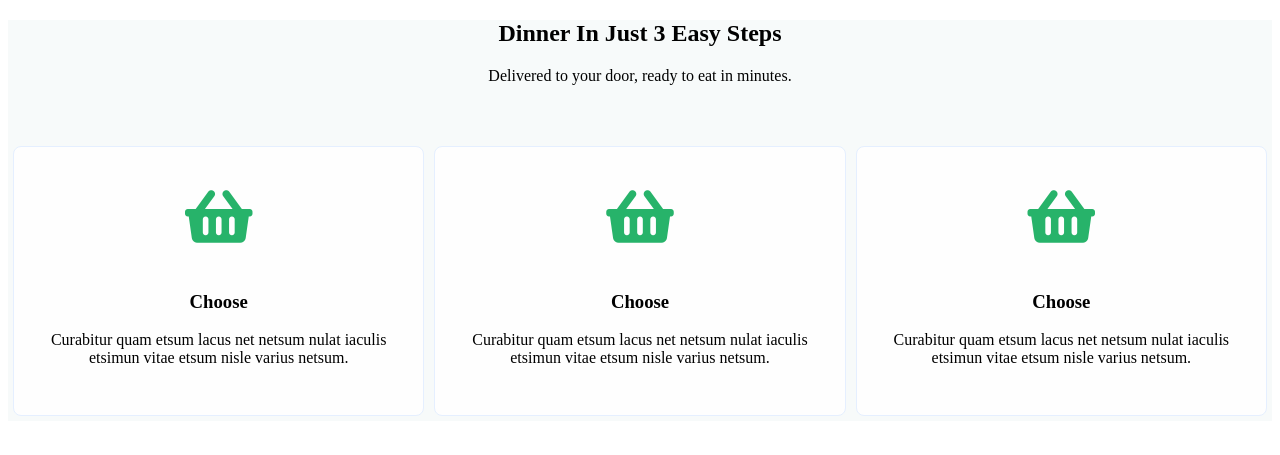
Repository: ST-United-Internship/leadpage
Page: card-UI.html
The author's editor kept a copy of each file at every save. The page is drawn from the files as they stood at one save, then again after the next save.
The browser window is 1280 px wide. The pictures show the whole page.

Above is the page before, as saved 2023-03-15 15:01:09.

### card-UI.html
<!DOCTYPE html>
<html lang="en">
<head>
    <meta charset="UTF-8">
    <meta http-equiv="X-UA-Compatible" content="IE=edge">
    <meta name="viewport" content="width=device-width, initial-scale=1.0">
    <title>Document</title>
    <link rel="stylesheet" href="css/card-UI.css">
    <link rel="stylesheet" href="css/common.css">
    <link rel="stylesheet" href="https://use.fontawesome.com/releases/v5.15.4/css/all.css" integrity="sha384-DyZ88mC6Up2uqS4h/KRgHuoeGwBcD4Ng9SiP4dIRy0EXTlnuz47vAwmeGwVChigm" crossorigin="anonymous"/>
</head>
<body>
        <section>
            <!--begin title-->
            <div class="about">
                <div class="row-title">
                    <div class="title-text">
                        <h2>Dinner In Just 3 Easy Steps</h2>
                        <p>Delivered to your door, ready to eat in minutes.</p>
                    </div>
                </div>
            </div>
            <!--begin card-->
            <div class="card-UI">
                <div class="about">
                    <div class="columm">
                        <div class="title-card">
                            <i class="fas fa-shopping-basket"></i>
                            <h3>Choose</h3>
                            <p>Curabitur quam etsum lacus net netsum nulat iaculis etsimun vitae etsum nisle varius netsum.</p>
                        </div>
                        <div class="title-card">
                            <i class="fas fa-shopping-basket"></i>
                            <h3>Choose</h3>
                            <p>Curabitur quam etsum lacus net netsum nulat iaculis etsimun vitae etsum nisle varius netsum.</p>
                        </div>
                        <div class="title-card">
                            <i class="fas fa-shopping-basket"></i>
                            <h3>Choose</h3>
                            <p>Curabitur quam etsum lacus net netsum nulat iaculis etsimun vitae etsum nisle varius netsum.</p>
                        </div>
                    </div>
                </div>
            </div>
        </section>
</body>
</html>

### css/card-UI.css
section{
    background: #f7fafa;
    /* padding: 90px 0 100px 0; */
}

.about{
    background-color: #f7fafa;
}

.row-title{
    text-align: center;
}
 .title-text{
    text-align: center;
}

.about .columm .title-text h2{
    font-size: 36px;
    margin-bottom: 10px;
}

.about .columm .title-text p{
    font-size: 18px;
    line-height: 28px;
    font-weight: 400;
    color: #7c8595;
    margin-bottom: 15px;
    font-family: 'Open Sans', sans-serif;
}

.card-UI{
    position: relative;
}

.card-UI .about .columm{
    display: flex;
}

.title-card{
    position: relative;
    margin: 45px 5px 5px 5px;
    padding: 40px 15px 32px 15px;
    overflow: hidden;
    text-align: center;
    border: 1px solid #e5efff;
    background-color: #fefefe;
    border-radius: 8px 8px;
    transition: all 1s;
}

.columm::after, ::before{
    box-sizing: border-box;
}

.card-UI .about .columm .title-card i{
    margin-bottom: 25px;
    font-size: 60px;
    color: #27b36a;
}

.card-UI .about .columm .title-card i{
    margin-bottom: 25px;
    font-size: 60px;
    color: #27b36a;
}

### css/common.css
.container {
  max-width: 80%;
  margin: auto;
  border: 1px solid blue;
}
.card {
  width: 400px;
}
.space-vertical {
  padding: 20px 0;
}

.space-horizontal {
  padding: 0 20px;
}

*,
**,
*::before,
*::after {
  box-sizing: border-box;
}

After the next save:
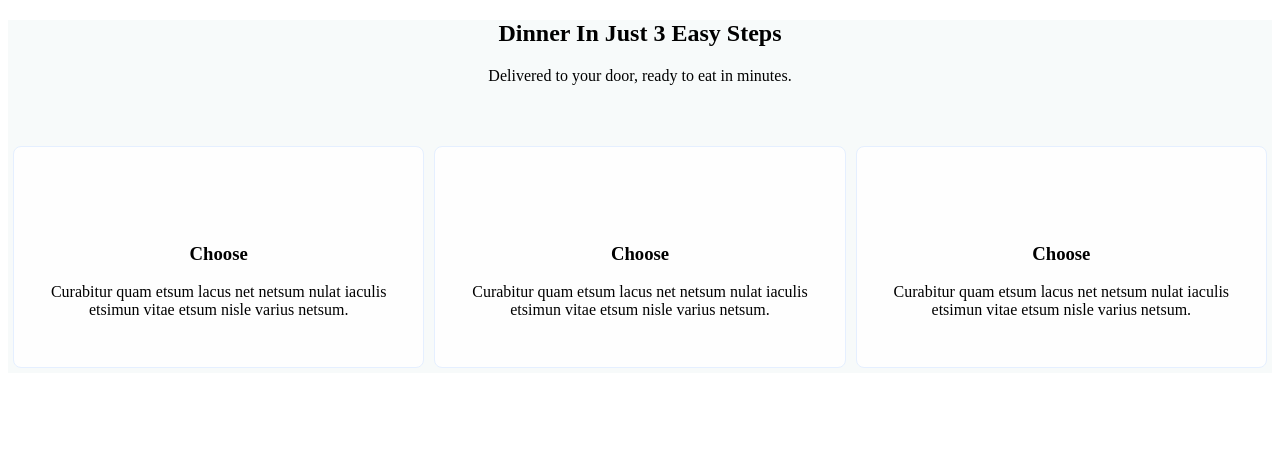
Saved 13 s later.
--- a/css/card-UI.css
+++ b/css/card-UI.css
@@ -59,7 +59,8 @@ section{
 }
 
 .card-UI .about .columm .title-card i{
-    margin-bottom: 25px;
-    font-size: 60px;
-    color: #27b36a;
+    font-size: 22px;
+    font-weight: 500;
+    color: #292929;
+    margin-bottom: 15px;
 }
